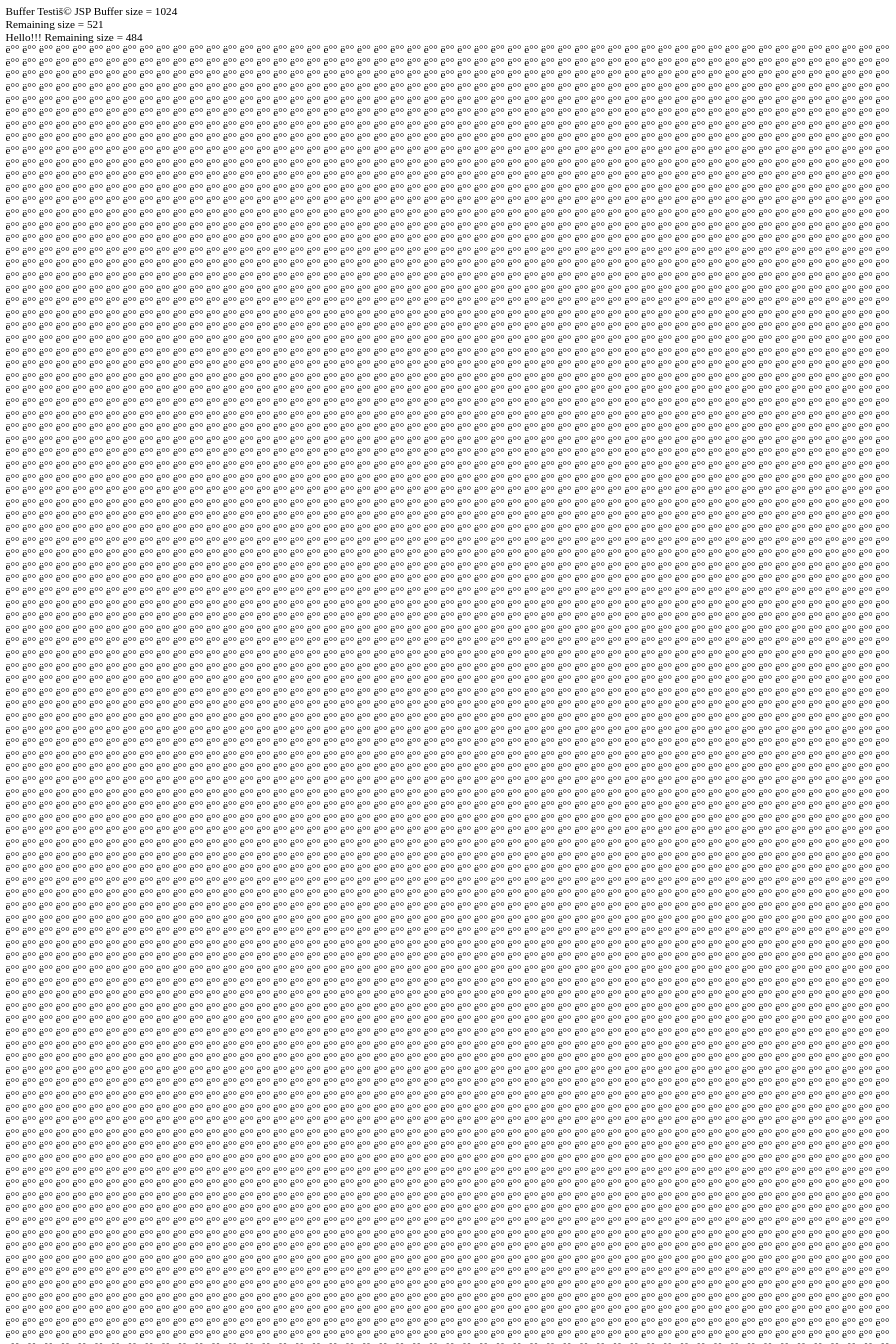
Repository: gitgw016/jsp
Page: http://localhost/07_directive_tag/page_02_buffer_info.jsp
The author's editor kept a copy of each file at every save. The page is drawn from the files as they stood at one save, then again after the next save.
The browser window is 1280 px wide. The pictures show the part of the page from y = 0 to 1920 px (the page is 3490 px tall before and 3850 px after), at 70% of full size.
The page is served by Tomcat 9.

Above is the page before, as saved 2021-12-08 03:29:01.

### 07_directive_tag/src/main/webapp/page_02_buffer_info.jsp
<!-- default : buffer=8kb autoFlush=true -->
<!--  autoFlush = false시 buffer의 값만큼 출력하고 중지 초과하면 오버플로우 오류-->
<%@ page buffer="1kb" autoFlush="true" %>
<%@ page info="Buffer Test용 JSP" %>
<!DOCTYPE html>
<html>
<head>
<meta charset="UTF-8">
<title>page_02_buffer_info.jsp</title>
</head>
<body>
	<!-- info는 두번 정의 될 수 없고 선언부에 메소드 생성하고 info에 정의된 값을 return -->
	<%=getServletInfo() %>
	<!-- 전체 버퍼 크기 -->
	Buffer size = <%= out.getBufferSize() %><br/>
	<!-- 버퍼에 남은 크기 -->
	Remaining size = <%=out.getRemaining() %><br/>
	Hello!!!
	Remaining size = <%=out.getRemaining() %><br/>
	<%
		for(int i=0; i<10000; i++){
			out.println("배");
		}
	%><br/>
	Remaining size = <%=out.getRemaining() %><br/>
</body>
</html>

After the next save:
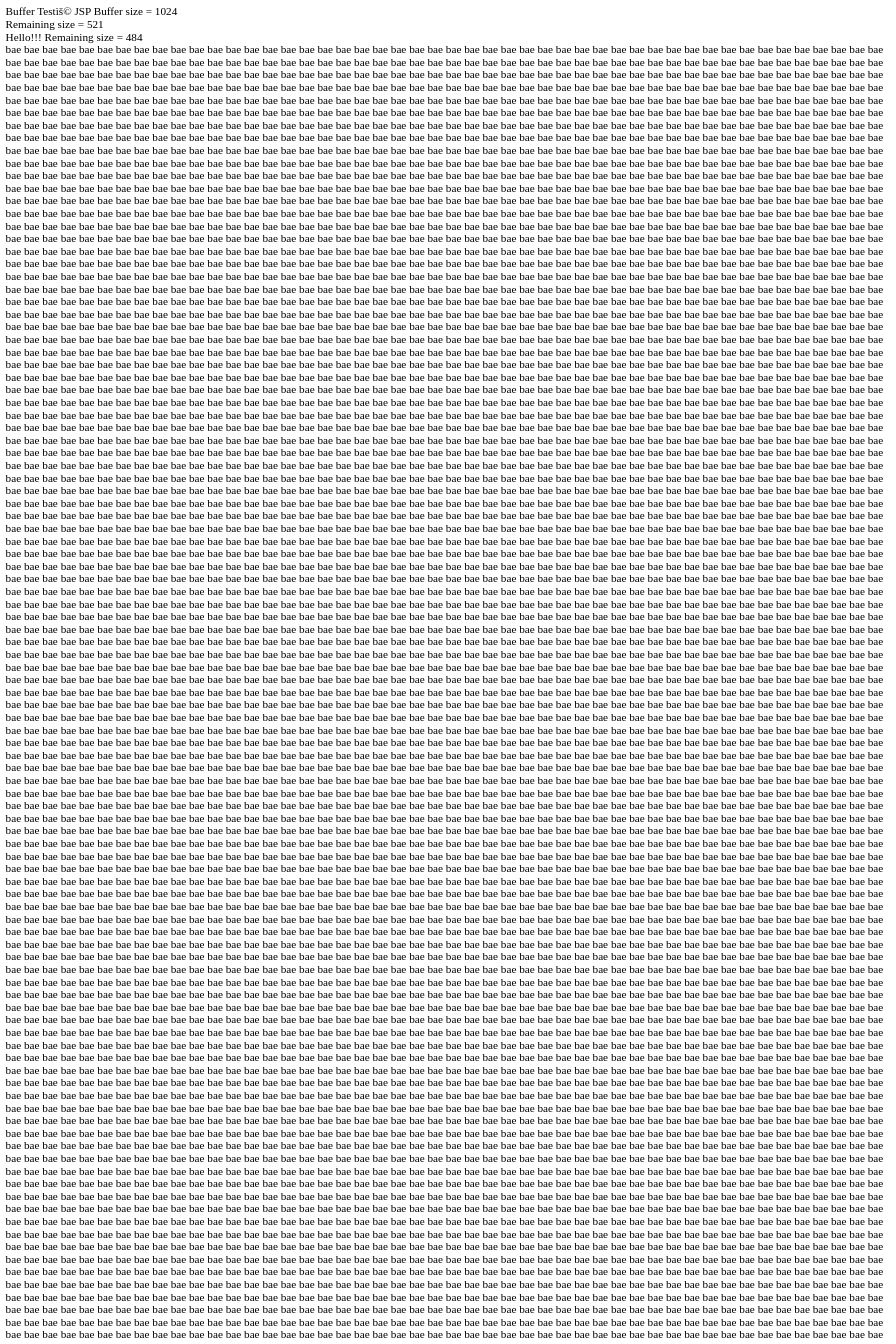
Saved 24 s later.
--- a/07_directive_tag/src/main/webapp/page_02_buffer_info.jsp
+++ b/07_directive_tag/src/main/webapp/page_02_buffer_info.jsp
@@ -19,7 +19,7 @@
 	Remaining size = <%=out.getRemaining() %><br/>
 	<%
 		for(int i=0; i<10000; i++){
-			out.println("배");
+			out.println("bae");
 		}
 	%><br/>
 	Remaining size = <%=out.getRemaining() %><br/>

After the save that followed:
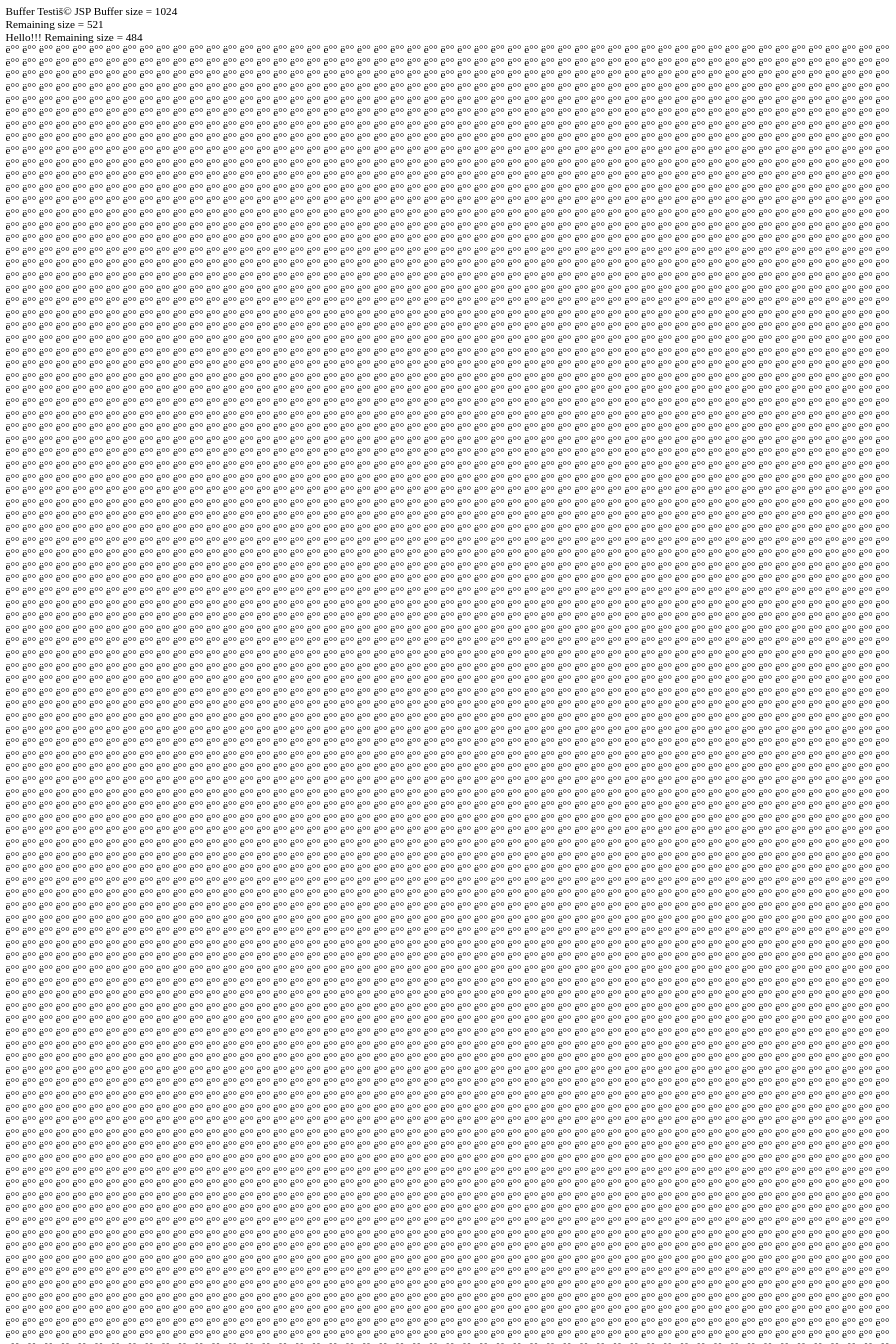
Saved 17 s later.
--- a/07_directive_tag/src/main/webapp/page_02_buffer_info.jsp
+++ b/07_directive_tag/src/main/webapp/page_02_buffer_info.jsp
@@ -19,7 +19,7 @@
 	Remaining size = <%=out.getRemaining() %><br/>
 	<%
 		for(int i=0; i<10000; i++){
-			out.println("bae");
+			out.println("배");
 		}
 	%><br/>
 	Remaining size = <%=out.getRemaining() %><br/>
